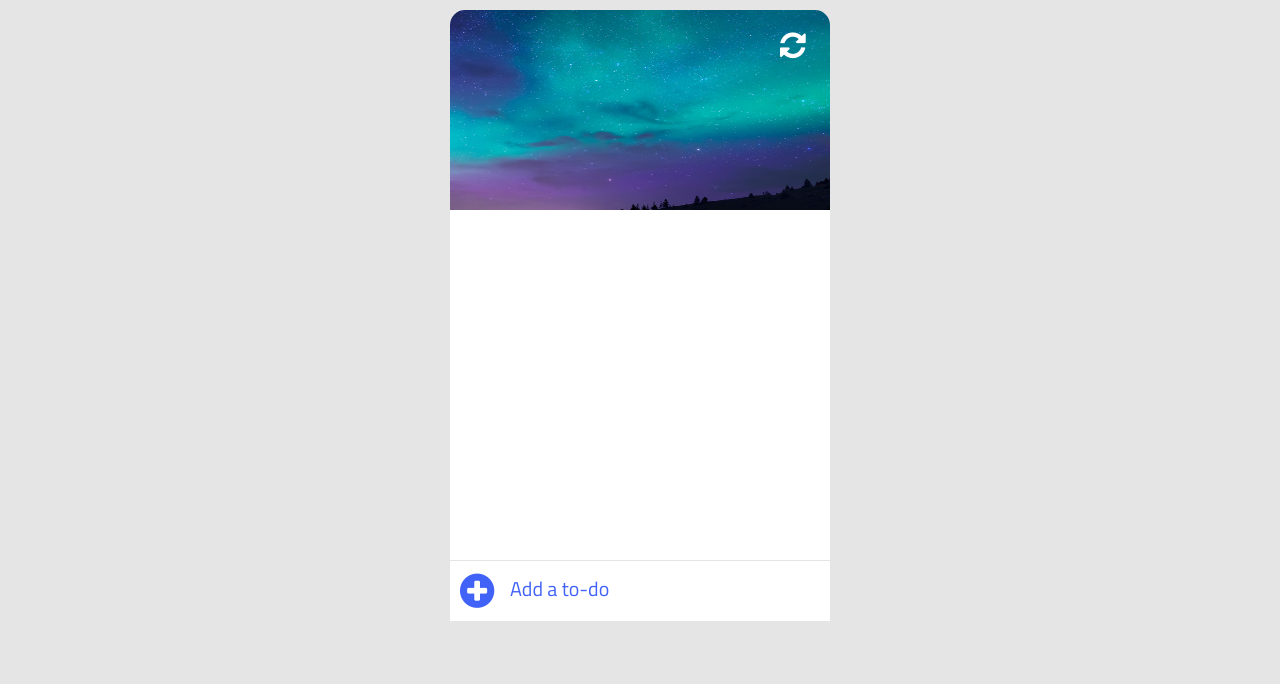
Repository: abouzarSoleymani/todo-js
Page: index.html
These files come from the project's save history. The page is drawn as it stood at one moment and after the next save; the edit follows.
The browser window is 1280 px wide. The pictures show the whole page.
Some web libraries are served in a nearby version.

Above is the page before, as saved 2019-11-15 13:25:58.
Console error: TypeError: formatted.lang is not a function

After the next save:
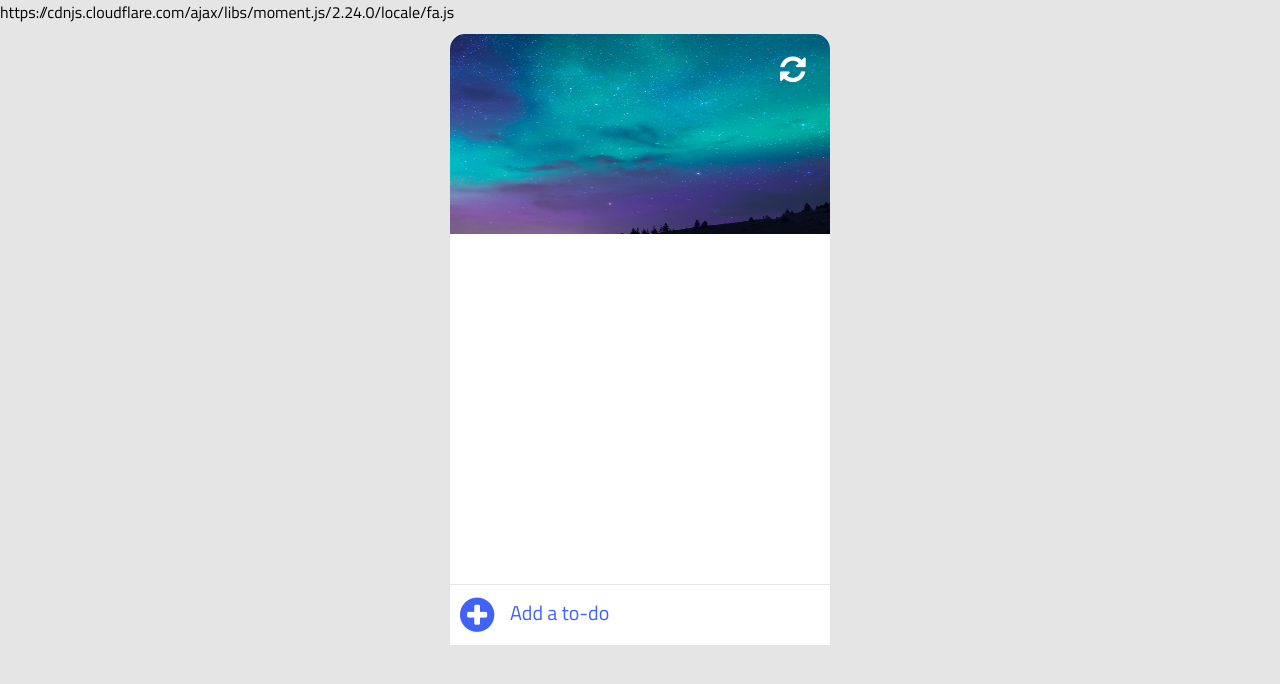
Console error: ReferenceError: moment is not defined
Saved 52 s later.
--- a/index.html
+++ b/index.html
@@ -5,7 +5,8 @@
     <meta charset="UTF-8">
     <title>JavaScript - To Do List</title>
     <link rel="stylesheet" href="https://fonts.googleapis.com/css?family=Titillium+Web">
-    <script src="https://cdnjs.cloudflare.com/ajax/libs/moment.js/2.18.1/moment.min.js"></script>
+    https://cdnjs.cloudflare.com/ajax/libs/moment.js/2.24.0/locale/fa.js
+
 
     <link rel="stylesheet" href="css/font-awesome.css">
     <link rel="stylesheet" href="css/style.css">
